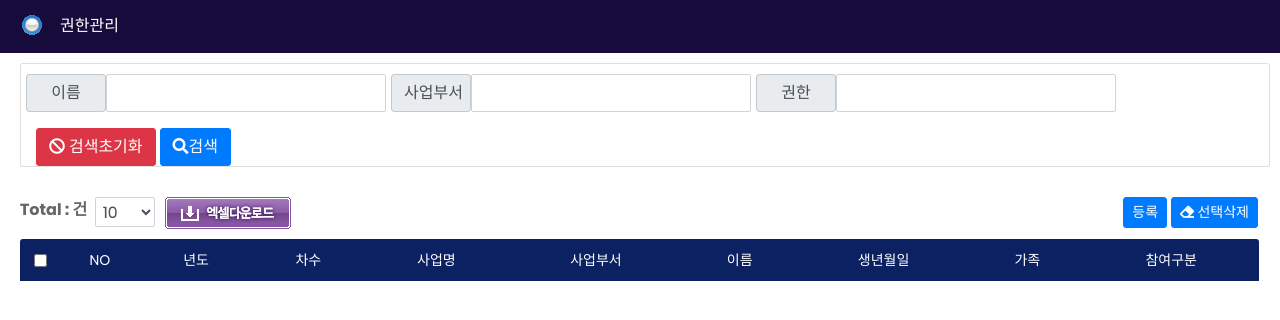
Repository: kimnamgu/GangNamGu
Page: http://localhost/manpower/WEB-INF/jsp/manage/authority.jsp
The author's editor kept a copy of each file at every save. The page is drawn from the files as they stood at one save, then again after the next save.
The browser window is 1280 px wide. The pictures show the whole page.
The page is served by Tomcat 9. Nobody is signed in. Other server files are loaded and not shown. The template is opened directly, without the code that normally fills it, so the values that code supplies are empty.

Above is the page before, as saved 2020-11-04 05:03:38.
Console error: TypeError: Cannot read properties of undefined (reading 'replace')

### manpower/src/main/webapp/WEB-INF/jsp/manage/authority.jsp
<%@ page language="java" contentType="text/html; charset=UTF-8"	pageEncoding="UTF-8"%>
<html>
<head>
<%@ include file="/WEB-INF/include/include-header.jspf"%>


<script type="text/javascript">
	var user_right = "${sessionScope.userinfo.userright}";

	$(document).ready(function() {

		//from
		$("#FROM_DATE").datepicker({

			dateFormat: 'yy-mm-dd',
			monthNamesShort: ['1월','2월','3월','4월','5월','6월','7월','8월','9월','10월','11월','12월'],
		    dayNamesMin: ['일','월','화','수','목','금','토'],
			changeMonth: true, //월변경가능
		    changeYear: true, //년변경가능
			showMonthAfterYear: true //년 뒤에 월 표시
		});

		//to
		$("#TO_DATE").datepicker({

			dateFormat: 'yy-mm-dd',
			monthNamesShort: ['1월','2월','3월','4월','5월','6월','7월','8월','9월','10월','11월','12월'],
		    dayNamesMin: ['일','월','화','수','목','금','토'],
			changeMonth: true, //월변경가능
		    changeYear: true, //년변경가능
			showMonthAfterYear: true //년 뒤에 월 표시
		});

		//검색초기화
		fn_initial_setting();

		fn_selectDomesticContactList(1);

		$("#NAME").keydown(function (key) {

			if(key.keyCode == 13){//키가 13이면 실행 (엔터는 13)
				$("#PAGE_INDEX").val("1");
				fn_selectDomesticContactList(1);
			}
		});

		$("#search").on("click", function(e){ //검색 버튼
			e.preventDefault();
			fn_selectDomesticContactList(1);
		});

		$("#DISP_CNT").change(function(){
			$("#RECORD_COUNT").val($("#DISP_CNT option:selected").val());
			fn_selectDomesticContactList(1);
		});

		$("#initial").on("click", function(e){ //초기화 버튼
			e.preventDefault();
			$("#form1").each(function() {
				fn_initial_setting();
		    });
		});

		//전체 선택시
		$('input[name=_selected_all_]').on('change', function(){
			$('input[name=_selected_]').prop('checked', this.checked);
		});


		$("#delete").on("click", function(e){ //초기화 버튼
			e.preventDefault();
			delChkRow();
		});


	});

	function fromDate_icon(){
		//from
		$("#FROM_DATE").focus();

	}

	function toDate_icon(){
		//to
		$("#TO_DATE").focus();
	}


	//선택 로우 삭제
    function delChkRow() {

    	var arr = $('input[name=_selected_]:checked').serializeArray().map(function(item) { return item.value });

		var checkedValue = [];
		$('input[name=_selected_]:checked').each(function(index, item){
			checkedValue.push($(item).val());
		});


		if (arr.length ==0 ) {
			alert("선택된 로우가 없습니다.");
			return false;
		}

		if (confirm("선택 항목을 삭제 하시겠습니까?")) {

			//견적서 파일 삭제

			$.ajax({
		        type: "post",
		        url : "/corona/manage/deleteDomesticChk.do",
		        data: {
		        	val:checkedValue
		        },
		        contentType : "application/x-www-form-urlencoded; charset=utf-8",

		        success:function (data) {//추천성공
		        	alert("삭제가 완료되었습니다.");
		        	fn_selectDomesticContactList(1);
	            },

		        error: function (data) {//추천실패
		        	alert("삭제가 실패 하였습니다.관리자에게 문의 바랍니다.");
	            }
	     	});

		}
	}

	//수정화면가기
	function fn_updateDomestic(UID) {
		var comSubmit = new ComSubmit();

		comSubmit.setUrl("<c:url value='/write/updateDomesticView.do' />");
		comSubmit.addParam("ID", UID);
		comSubmit.submit();
	}


	//검색초기화
	function fn_initial_setting(){
		//From의 초기값을 오늘 날짜로 설정
	    $('#FROM_DATE').datepicker('setDate', '-1M'); //(-1D:하루전, -1M:한달전, -1Y:일년전), (+1D:하루후, -1M:한달후, -1Y:일년후)
	    //To의 초기값을 내일로 설정
	    $('#TO_DATE').datepicker('setDate', 'today'); //(-1D:하루전, -1M:한달전, -1Y:일년전), (+1D:하루후, -1M:한달후, -1Y:일년후)

	    $("#RECORD_COUNT").val($("#DISP_CNT option:selected").val());
		$("#PAGE_INDEX").val("1");

		$("#NAME").val("");
	}


	function fn_selectDomesticContactList(pageNo){
		var comAjax = new ComAjax();
		comAjax.setUrl("<c:url value='/manage/selectDomesticContactList.do' />");
		comAjax.addParam("PAGE_INDEX",pageNo);
		comAjax.addParam("PAGE_ROW", $("#RECORD_COUNT").val());
		comAjax.addParam("name", $("#NAME").val());

		comAjax.addParam("from_date", $("#FROM_DATE").val().replace(/-/gi, ""));
		comAjax.addParam("to_date", $("#TO_DATE").val().replace(/-/gi, ""));
		comAjax.setCallback("fn_selectDomesticContactListCallback");

		comAjax.ajax();
	}


	function fn_selectDomesticContactListCallback(data){
		var total = data.total;
		var body = $("#mytable");
		var recordcnt = $("#RECORD_COUNT").val();


		$("#tcnt").text(comma(total));

		body.empty();
		if(total == 0){
			var str = "<tr>" +
				  "<td colspan='32' style='text-align:center;'>조회된 결과가 없습니다.</td>" +
				  "</tr>";
			body.append(str);
		}
		else{
			var params = {
				divId : "PAGE_NAVI",
				pageIndex : "PAGE_INDEX",
				totalCount : total,
				recordCount : recordcnt,
				eventName : "fn_selectDomesticContactList"
			};
			gfn_renderPaging(params);

			var str = "";
			var t_str = "";
			var tr_class = "";
			var jsonData = null;
			var jsonStr = null;

			$.each(data.list, function(key, value){
				       t_str = "";

				       if ((value.RNUM % 2) == 0 )
							tr_class = "tr1";
					   else
							tr_class = "tr2";


				       str += "<tr class='" + tr_class + "'>" +
				       			   "<td><input type='checkbox' name='_selected_' value='"+value.ID+"'></td>" +
								   "<td align='center' style='color:#444444;'>" + value.RNUM + "</td>" +
								   "<td width=90 align='center' style='color:#444444;word-break:break-all;'><span class='status--denied'>" + formatDate(NvlStr(value.WRITE_DATE), ".") + "</span></td>" +
								   "<td align='center' style='color:#444444;'>" + hp_format(NvlStr(value.CELL_NUM)) + "</td>" +
								   "<td align='center' style='color:blue;'>" +
								   "	<a href='javascript:void(0);' onclick='fn_updateDomestic("+ value.ID +")' name='NAME'>" + NvlStr(value.NAME) + "</a>"+
								   "</td>" +
								   "<td align='center' style='color:#444444;'>" + NvlStr(value.SEX) + "</td>" +
								   "<td align='center' style='color:#444444;'>" + NvlStr(value.BIRTH) + "</td>" +
								   "<td align='center' style='color:#444444;'>" + NvlStr(value.JOB) + "</td>" +
								   "<td align='center' style='color:#444444;'>" + NvlStr(value.SELF_ISO_AREA_DONG) + "</td>" +
								   "<td align='center' style='color:#444444;'>" + NvlStr(value.SELF_ISO_AREA_ADDRESS) + "</td>" +
								   "<td align='center' style='color:#444444;'>" + NvlStr(value.SELF_ISO_AREA_ADDRESS_DTL) + "</td>" +
								   "<td align='center' style='color:#444444;'>" + NvlStr(value.PATIENT_NUM) + "</td>" +
								   "<td align='center' style='color:#444444;'>" + NvlStr(value.PATIENT_NAME) + "</td>" +
								   "<td align='center' style='color:#444444;'>" + NvlStr(value.CONTACT_NUM) + "</td>" +
								   "<td align='center' style='color:#444444;'>" + NvlStr(value.CONTACT_NAME) + "</td>" +
								   "<td align='center' style='color:#444444;'>" + NvlStr(value.FINAL_CONTACT) + "</td>" +
								   "<td align='center' style='color:#444444;'>" + NvlStr(value.MONITOR_START) + "</td>" +
								   "<td align='center' style='color:#444444;'>" + NvlStr(value.MONITOR_END) + "</td>" +
								   "<td align='center' style='color:#444444;'>" + NvlStr(value.CONTACT_ADDRESS) + "</td>" +
								   "<td align='center' style='color:#444444;'>" + NvlStr(value.CONTACT_TYPE) + "</td>" +
								   "<td align='center' style='color:#444444;'>" + NvlStr(value.CONTACT_GUBUN) + "</td>" +
								   "<td align='center' style='color:#444444;'>" + NvlStr(value.PATIENT_YN) + "</td>" +
								   "<td align='center' style='color:#444444;'>" + NvlStr(value.BALGUB_YN) + "</td>" +
								   "<td align='center' style='color:#444444;'>" + NvlStr(value.DAMDANG_DEPART) + "</td>" +
								   "<td align='center' style='color:#444444;'>" + NvlStr(value.DAMDANG_CLASS) + "</td>" +
								   "<td align='center' style='color:#444444;'>" + NvlStr(value.DAMDANG_POSITION) + "</td>" +
								   "<td align='center' style='color:#444444;'>" + NvlStr(value.DAMDANG_NAME) + "</td>" +
								   "<td align='center' style='color:#444444;'>" + NvlStr(value.DAMDANG_CALL) + "</td>" +
							   "</tr>";

			});
			body.append(str);
		}
	}


	//엑셀 업로드
	function check() {
		var file = $("#excelFile").val();

		if (file == "" || file == null) {
			alert("파일을 선택해주세요.");
			return false;
		} else if (!checkFileType(file)) {
			alert("엑셀 파일만 업로드 가능합니다.");
			return false;
		}

		if (confirm("업로드시 병합된 셀이 있으면 해제해 주셔야 합니다.\n업로드 하시겠습니까?")) {

			var options = {
				success : function(data) {
					if(data.resultMap.rtn == 1){
						alert("모든 데이터가 업로드 되었습니다.");
						fn_selectDomesticContactList(1);
					}else{
						alert(data.resultMap.err_msg+"\n\n" + data.resultMap.err_msg_dtl);
					}

				},
				type : "POST"
			};

			$("#excelUploadForm").ajaxSubmit(options);

		}
	}

	//엑셀 형식인지 확인
	function checkFileType(filePath) {
		var fileFormat = filePath.split(".");

		if (fileFormat.indexOf("xls") > -1 || fileFormat.indexOf("xlsx") > -1) {
			return true;
		} else {
			return false;
		}
	}

	//샘플다운로드
	function fn_sampleDownload(gubun){
		var comSubmit = new ComSubmit();
		comSubmit.setUrl("<c:url value='/common/downloadSampleFile.do' />");
		comSubmit.addParam("gubun", gubun);
		comSubmit.submit();
	}

	//엑셀 다운로드
	function doExcelDownloadProcess(mappingValue){
		alert("다운로드 되는 엑셀은 조회조건에 영향을 받습니다.");

		$("input[name=name]", "form[name=excelDown]").val($("#NAME").val());
		$("input[name=from_date]", "form[name=excelDown]").val($("#FROM_DATE").val().replace(/-/gi, ""));
		$("input[name=to_date]", "form[name=excelDown]").val($("#TO_DATE").val().replace(/-/gi, ""));

	    var f = document.excelDown;
	    f.action = mappingValue;
	    f.submit();
	}
</script>
</head>

<body>

<form id="form1" name="form1">
<input type="hidden" id="USER_ID" name="USER_ID" value="${sessionScope.userinfo.userId}">
<c:set var="u_rt" value="${sessionScope.userinfo.userright}"/>


<div style="background-color:#170B3B;color:white; margin-bottom:10px; width: 100%;">
	<a href="#this" class="btn" id="logout">
		<img src="/manpower/images/popup_title.gif" align="absmiddle">
	</a>권한관리
</div>



<div style="width:100%;padding-left:20px;padding-right:10px;">
	<div class="card" style="width:100%;display: inline-block;padding-top:10px;">
		<form action="" method="post">
			<div class="card-body card-block">
				<div>
					<div class="form-group" style="width: 360;float:left;margin-left:5px;">
						<div class="input-group">
							<div class="input-group-addon" style="width: 80px;">이름</div>
							<input type="text" id="NAME" name="NAME" value="" class="form-control">
						</div>
					</div>

					<div class="form-group" style="width: 360;float:left;margin-left:5px;">
						<div class="input-group">
							<div class="input-group-addon" style="width: 80px;">사업부서</div>
							<input type="text" id="NAME" name="NAME" value="" class="form-control">
						</div>
					</div>

					<div class="form-group" style="width: 360;float:left;margin-left:5px;">
						<div class="input-group">
							<div class="input-group-addon" style="width: 80px;">권한</div>
							<input type="text" id="NAME" name="NAME" value="" class="form-control">
						</div>
					</div>
				</div>
			</div>
			<div class="form-actions form-group">
				<div style="float: left;margin-left:15px;">
					<a href="#this" class="btn btn-danger" id="initial"><i class="fa fa-ban"></i> 검색초기화</a>
					<a href="#this" class="btn btn-primary" id="search"><i class="fa fa-search"></i>검색</a>
				</div>
			</div>
		</form>
	</div>
</div>

	<div style="float: left;margin-left:20px;">
		<div style="float: left;">
			<b>Total : <span id="tcnt"></span> 건</b> &nbsp;
		</div>
		<div style="float: left;">
			<select id="DISP_CNT" name="DISP_CNT" class="form-control" style="width:60px!important;height:30px;padding:3px;">
	           	<option value="10">10</option>
	           	<option value="20">20</option>
				<option value="50">50</option>
			</select>
		</div>
	</div>

</form>

	<div style="float:left;margin-left:10px;margin-bottom:10px;">
		<!-- 엑셀 다운용 폼 -->
		<form id="excelDown" name="excelDown" method="post" enctype="multipart/form-data">
			<input type="hidden" name="name">
			<input type="hidden" name="from_date">
			<input type="hidden" name="to_date">

			<input type="image" src="/manpower/images/common/btn_excel.gif" style="border:0;" onclick="doExcelDownloadProcess('/corona/manage/downloadDomesticExcelFile.do')" alt="엑셀다운로드">
		</form>
	</div>

<div class="contents" style="float:right;margin-right:22px;margin-bottom:10px;">
	<a href="/corona/write/domesticWrite.do" class="btn btn-primary btn-sm" id="insert">등록</a>
	<a href="#this" class="btn btn-primary btn-sm" id="delete"><i class="fa fa-eraser"></i> 선택삭제</a>
</div>
<div align="left" style="width:100%;padding-right:20px;">
	<div  style="margin-left:20px;" align="center">
		<div class="table-responsive m-b-40">
			 <table class="table table-borderless table-data3" id="selectable">
			     <thead style="background-color:#0B2161;">
			        <tr align="center">
			        		<th style="width: 40px;"><input type="checkbox" name="_selected_all_"></th>
							<th style="width: 80px;">NO</th>
							<th>년도</th>
							<th>차수</th>
							<th>사업명</th>
							<th>사업부서</th>
							<th>이름</th>
							<th>생년월일</th>
							<th>가족</th>
							<th>참여구분</th>
						</tr>
			      </thead>
			      <tbody id='mytable'>
			      </tbody>
		      </table>
	      </div>
	</div>

	<div id="PAGE_NAVI" align='center'></div>
	<input type="hidden" id="PAGE_INDEX" name="PAGE_INDEX"/>
	<input type="hidden" id="RECORD_COUNT" name="RECORD_COUNT" value="20"/>

</div>

	<%@ include file="/WEB-INF/include/include-body.jspf" %>




</body>
</html>

### manpower/src/main/webapp/WEB-INF/include/include-header.jspf
<%@ taglib prefix="c" uri="http://java.sun.com/jsp/jstl/core" %>
<%@ taglib prefix="fn" uri="http://java.sun.com/jsp/jstl/functions" %>
<%@ taglib prefix="fmt" uri="http://java.sun.com/jsp/jstl/fmt" %>
<!--
<link rel="stylesheet" type="text/css" href="/manpower/css/common.css" />
<link rel="stylesheet" type="text/css" href="/manpower/css/skin01.css" />
<link rel="stylesheet" type="text/css" href="/manpower/css/import.css" />
<link rel="stylesheet" type="text/css" href="/manpower/css/manpower.css" />
 -->



<!-- Fontfaces CSS-->
<link href="/manpower/bootstrap/css/font-face.css" rel="stylesheet" media="all">
<link href="/manpower/bootstrap/vendor/font-awesome-4.7/css/font-awesome.min.css" rel="stylesheet" media="all">
<link href="/manpower/bootstrap/vendor/font-awesome-5/css/fontawesome-all.min.css" rel="stylesheet" media="all">
<link href="/manpower/bootstrap/vendor/mdi-font/css/material-design-iconic-font.min.css" rel="stylesheet" media="all">

<!-- Bootstrap CSS-->
<link href="/manpower/bootstrap/vendor/bootstrap-4.1/bootstrap.min.css" rel="stylesheet" media="all">

<!-- Vendor CSS-->
<link href="/manpower/bootstrap/vendor/animsition/animsition.min.css" rel="stylesheet" media="all">
<link href="/manpower/bootstrap/vendor/bootstrap-progressbar/bootstrap-progressbar-3.3.4.min.css" rel="stylesheet" media="all">
<link href="/manpower/bootstrap/vendor/wow/animate.css" rel="stylesheet" media="all">
<link href="/manpower/bootstrap/vendor/css-hamburgers/hamburgers.min.css" rel="stylesheet" media="all">
<link href="/manpower/bootstrap/vendor/slick/slick.css" rel="stylesheet" media="all">
<link href="/manpower/bootstrap/vendor/select2/select2.min.css" rel="stylesheet" media="all">
<link href="/manpower/bootstrap/vendor/perfect-scrollbar/perfect-scrollbar.css" rel="stylesheet" media="all">

<!-- Main CSS-->
<link href="/manpower/bootstrap/css/theme.css" rel="stylesheet" media="all">




<!-- Jquery JS-->
<script src="/manpower/bootstrap/vendor/jquery-3.2.1.min.js"></script>
<!-- Bootstrap JS-->
<script src="/manpower/bootstrap/vendor/bootstrap-4.1/popper.min.js"></script>
<script src="/manpower/bootstrap/vendor/bootstrap-4.1/bootstrap.min.js"></script>
<!-- Vendor JS       -->
<script src="/manpower/bootstrap/vendor/slick/slick.min.js">
</script>
<script src="/manpower/bootstrap/vendor/wow/wow.min.js"></script>
<script src="/manpower/bootstrap/vendor/animsition/animsition.min.js"></script>
<script src="/manpower/bootstrap/vendor/bootstrap-progressbar/bootstrap-progressbar.min.js">
</script>
<script src="/manpower/bootstrap/vendor/counter-up/jquery.waypoints.min.js"></script>
<script src="/manpower/bootstrap/vendor/counter-up/jquery.counterup.min.js">
</script>
<script src="/manpower/bootstrap/vendor/circle-progress/circle-progress.min.js"></script>
<script src="/manpower/bootstrap/vendor/perfect-scrollbar/perfect-scrollbar.js"></script>
<script src="/manpower/bootstrap/vendor/chartjs/Chart.bundle.min.js"></script>
<script src="/manpower/bootstrap/vendor/select2/select2.min.js">
</script>

<!-- Main JS-->
<script src="/manpower/bootstrap/js/main.js"></script>

<!-- jQuery -->
<link rel="stylesheet" type="text/css" href="/manpower/css/jquery-ui.css" />
<!-- <script src="http://code.jquery.com/jquery.min.js"></script>-->
<script type="text/javascript" src="<c:url value='/js/jquery.min.js'/>"></script>
<script type="text/javascript" src="<c:url value='/js/jquery-ui.js'/>"></script>
<script type="text/javascript" src="<c:url value='/js/jquery.cookie.js'/>"></script>
<script type="text/javascript" src="<c:url value='/js/jquery.form.js'/>"></script>
<script src="<c:url value='/js/common.js'/>" charset="utf-8"></script>

### manpower/src/main/webapp/WEB-INF/include/include-body.jspf
<%@ page pageEncoding="utf-8"%>
<form id="commonForm" name="commonForm"></form>

Loaded but not shown: manpower/src/main/webapp/bootstrap/css/theme.css (library); manpower/src/main/webapp/css/jquery-ui.css (library); manpower/src/main/webapp/js/jquery.min.js (library); manpower/src/main/webapp/js/jquery-ui.js (library); manpower/src/main/webapp/js/jquery.cookie.js (library); manpower/src/main/webapp/js/jquery.form.js (library); manpower/src/main/webapp/bootstrap/js/main.js (1670 lines, source omitted); manpower/src/main/webapp/js/common.js (515 lines, source omitted); manpower/src/main/webapp/bootstrap/css/font-face.css (234 lines, source omitted)

After the next save:
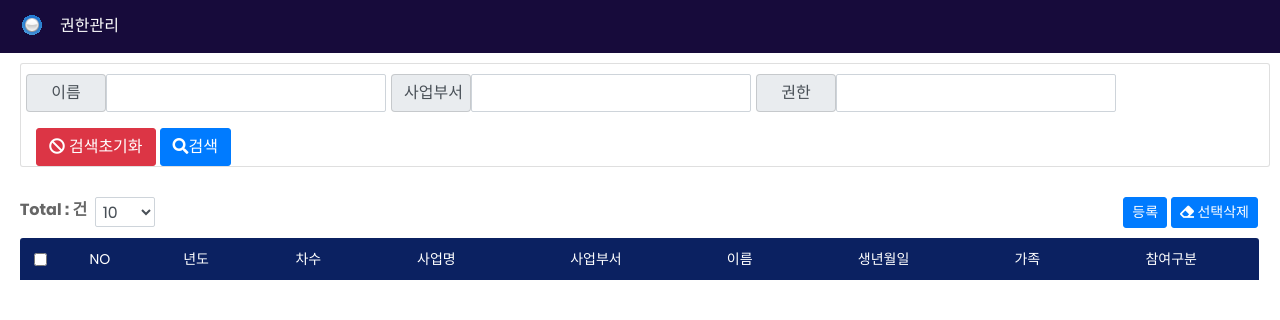
Saved 102 s later.
--- a/manpower/src/main/webapp/WEB-INF/jsp/manage/authority.jsp
+++ b/manpower/src/main/webapp/WEB-INF/jsp/manage/authority.jsp
@@ -379,17 +379,6 @@
 
 </form>
 
-	<div style="float:left;margin-left:10px;margin-bottom:10px;">
-		<!-- 엑셀 다운용 폼 -->
-		<form id="excelDown" name="excelDown" method="post" enctype="multipart/form-data">
-			<input type="hidden" name="name">
-			<input type="hidden" name="from_date">
-			<input type="hidden" name="to_date">
-
-			<input type="image" src="/manpower/images/common/btn_excel.gif" style="border:0;" onclick="doExcelDownloadProcess('/corona/manage/downloadDomesticExcelFile.do')" alt="엑셀다운로드">
-		</form>
-	</div>
-
 <div class="contents" style="float:right;margin-right:22px;margin-bottom:10px;">
 	<a href="/corona/write/domesticWrite.do" class="btn btn-primary btn-sm" id="insert">등록</a>
 	<a href="#this" class="btn btn-primary btn-sm" id="delete"><i class="fa fa-eraser"></i> 선택삭제</a>
